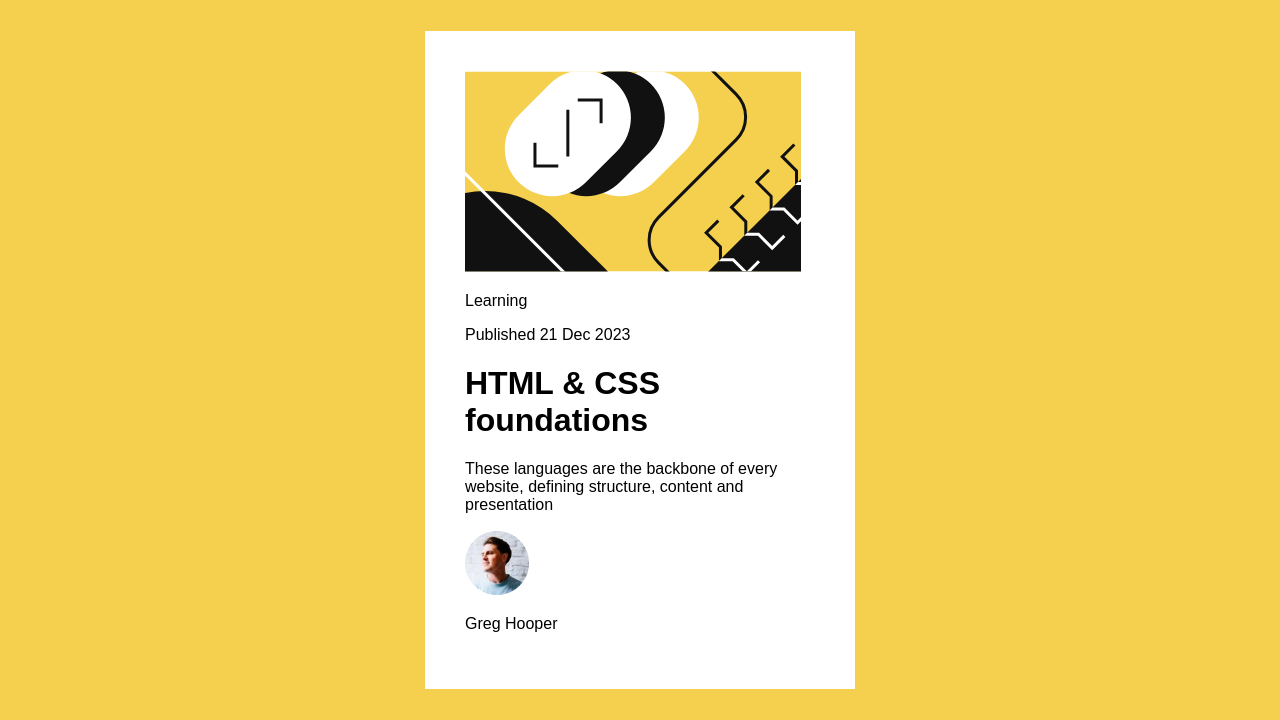
Repository: brandontaylor1/blogpreviewcard
Page: index.html
An editor plug-in stored every save of this project. The page is shown before and after the next save, followed by the edit.
The browser window is 1280 px wide. The pictures show the whole page.

Above is the page before, as saved 2024-12-25 10:57:38.

### index.html
<!DOCTYPE html>
<html lang="en">
<head>
    <meta charset="UTF-8">
    <meta name="viewport" content="width=device-width, initial-scale=1.0">
    <link rel="stylesheet" href="./index.css">
    <title>HTML & CSS Foundations</title>
</head>
<body>
    <main class="container">
        <div class="img-container">
            <img src="./images/illustration-article.svg" alt="">
        </div>
        <div class="card-content">
            <p>Learning</p>
            <p>Published 21 Dec 2023</p>
            <h1>HTML & CSS foundations</h1>
            <p>These languages are the backbone of every website, defining structure, content and presentation</p>
        </div>
        <div class="user-footer">
            <img src="./images/image-avatar.webp" alt="person-image">
            <p>Greg Hooper</p>
        </div>
    </main>

    <script src="index.js"></script>
</body>
</html>

### index.css
:root {
    /* COLORS */
    --primary-yellow: hsl(47, 88%, 63%);
    --primary-white: hsl(0, 0%, 100%);
    --primary-gray-reg: hsl(0, 0%, 42%);
    --primary-gray-bold: hsl(0, 0%, 7%);

    --main-font-size: 16px;

    --main-font-family: 'Figtree', sans-serif;
    --main-font-weight-reg: 500;
    --main-font-weight-bold: 800;
}


body {
    box-sizing: border-box;
    margin: 0;
    padding: 0;
    height: 100vh;
    font-family: var(--main-font-family);
    display: flex;
    align-items: center;
    justify-content: center;
    background-color: var(--primary-yellow);
}


.container {
    max-width: 1440px;
    margin: 0 auto;
    padding: 0 20px;
    background-color: var(--primary-white);
    width: 350px;
    padding: 40px;
}

Loaded but not shown: index.js (no stored copy; drawn as an empty file)

After the next save:
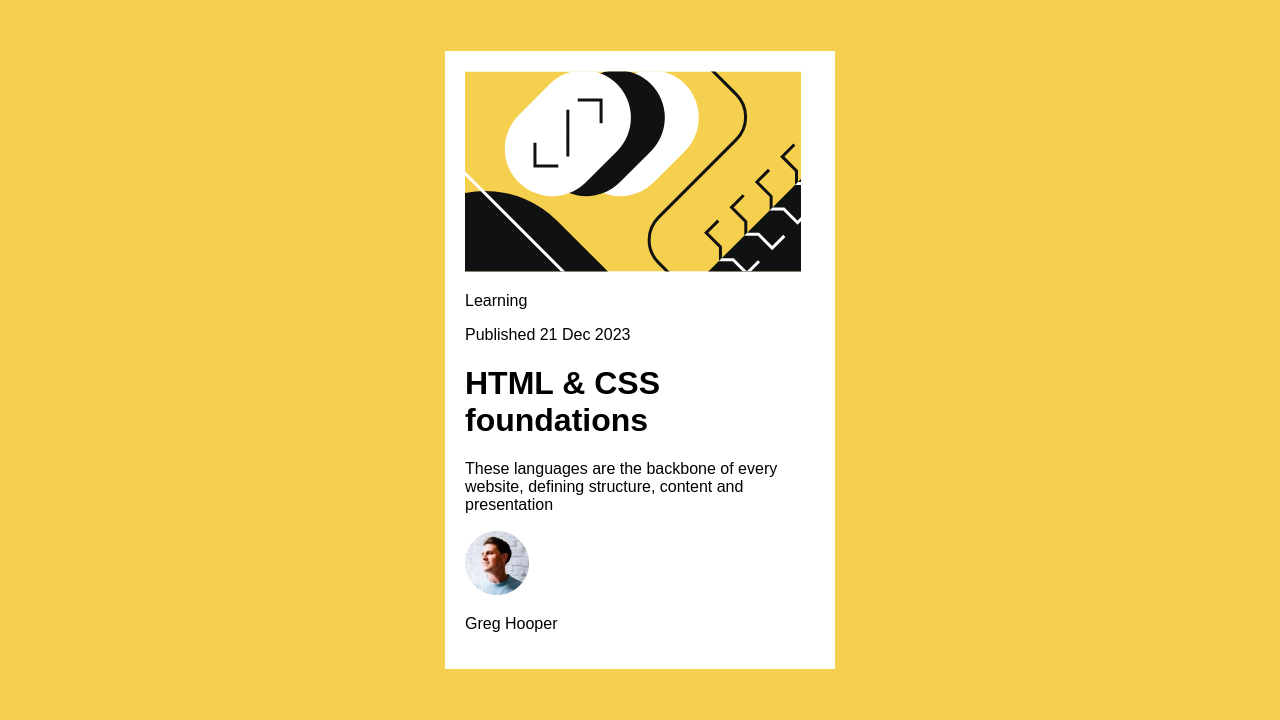
Saved 4 s later.
--- a/index.css
+++ b/index.css
@@ -32,5 +32,5 @@ body {
     padding: 0 20px;
     background-color: var(--primary-white);
     width: 350px;
-    padding: 40px;
+    padding: 20px;
 }
